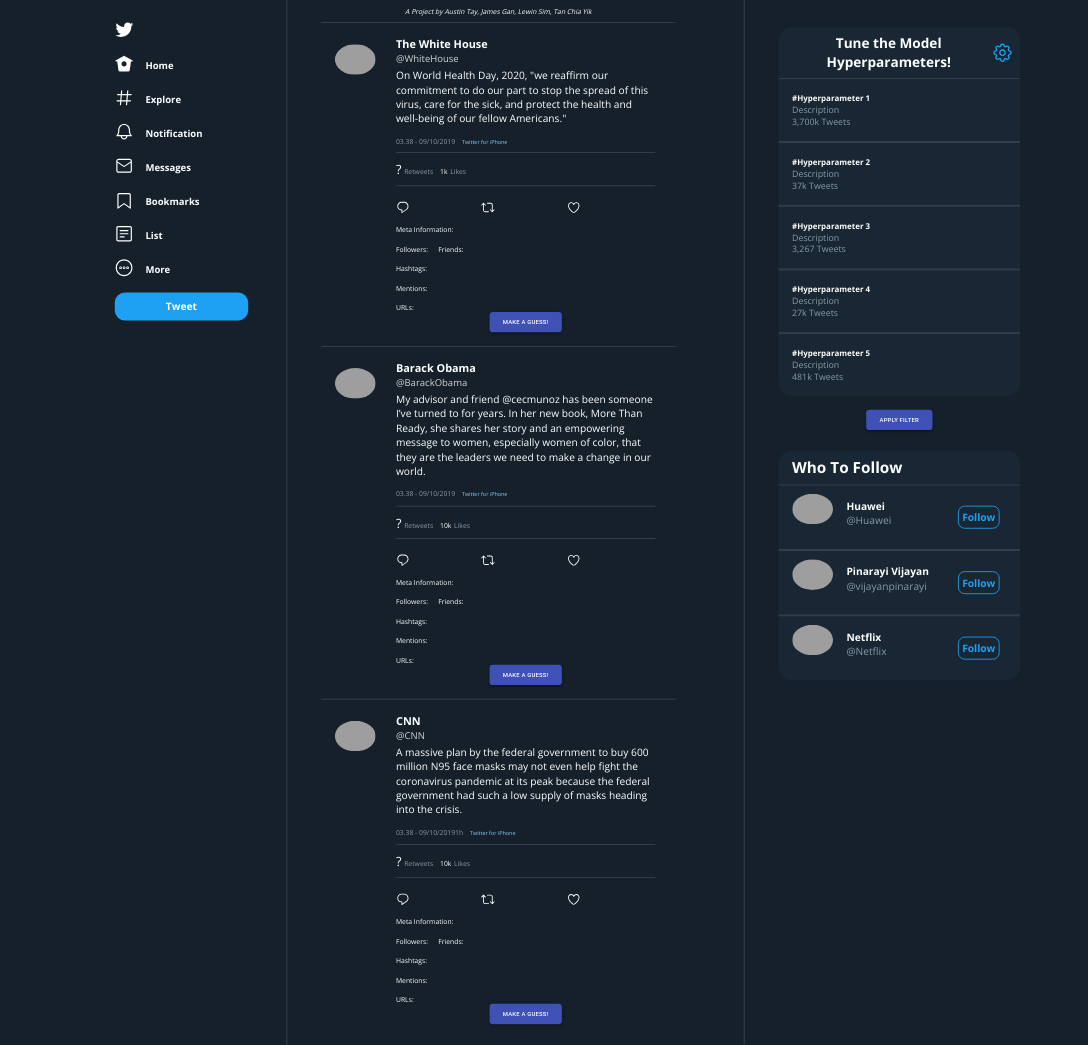
Repository: Dustyik/TwitterAIproj
Page: / (app in FrontEnd/)
The author's editor kept a copy of each file at every save. The page is drawn from the files as they stood at one save, then again after the next save.
The browser window is 1280 px wide. The pictures show the whole page, at 85% of full size.
Pictures or frames that could not be fetched are drawn as grey boxes. The page's requests for data from a server got no answer. The project was rebuilt for these pictures with package versions that can differ from the ones it lists, and the page was loaded fresh each time. No one was signed in, and anything a server would have sent is missing. Also part of the build but not shown: FrontEnd/src/components/StatusCard.js, FrontEnd/src/pages/Status.js, FrontEnd/src/components/profile/ProfileHead.js, FrontEnd/src/components/profile/ProfileDetails.js, FrontEnd/src/styles/Profile.css, FrontEnd/src/pages/Profile.js.

Above is the page before, as saved 2021-08-08 02:47:28.

### FrontEnd/public/index.html
<!DOCTYPE html>
<html lang="en">

<head>
  <meta charset="utf-8" />
  <link rel="icon" href="%PUBLIC_URL%/favicon.ico" />
  <meta name="viewport" content="width=device-width, initial-scale=1" />
  <meta name="theme-color" content="#000000" />
  <meta name="description" content="Web site created using create-react-app" />
  <link rel="apple-touch-icon" href="%PUBLIC_URL%/logo192.png" />
  <link href="https://fonts.googleapis.com/css2?family=Open+Sans:wght@400;700&display=swap" rel="stylesheet">
  <!--
      manifest.json provides metadata used when your web app is installed on a
      user's mobile device or desktop. See https://developers.google.com/web/fundamentals/web-app-manifest/
    -->
  <link rel="manifest" href="%PUBLIC_URL%/manifest.json" />
  <!--
      Notice the use of %PUBLIC_URL% in the tags above.
      It will be replaced with the URL of the `public` folder during the build.
      Only files inside the `public` folder can be referenced from the HTML.

      Unlike "/favicon.ico" or "favicon.ico", "%PUBLIC_URL%/favicon.ico" will
      work correctly both with client-side routing and a non-root public URL.
      Learn how to configure a non-root public URL by running `npm run build`.
    -->
  <title>React App</title>
</head>

<body>
  <noscript>You need to enable JavaScript to run this app.</noscript>
  <div id="root"></div>
  <!--
      This HTML file is a template.
      If you open it directly in the browser, you will see an empty page.

      You can add webfonts, meta tags, or analytics to this file.
      The build step will place the bundled scripts into the <body> tag.

      To begin the development, run `npm start` or `yarn start`.
      To create a production bundle, use `npm run build` or `yarn build`.
    -->
</body>

</html>

### FrontEnd/src/App.css
:root {
    --body-bg        : rgb(21, 32, 43);
    --sky-blue       : rgba(29, 161, 242, 1.00);
    --light          : rgba(255, 255, 2555);
    --grey           : rgb(136, 153, 166);
    --border         : rgb(56, 68, 77);
    --thick-border   : rgb(37, 51, 65);
    --thick-border   : rgb(37, 51, 65);
    --card-background: rgb(25, 39, 52);
}

body {
    background-color: var(--body-bg);
    font-family     : 'Open Sans', sans-serif;
    padding         : 0;
    margin          : 0;
    color           : var(--light);
}

html {
    font-size: 8px;
}

::-webkit-input-placeholder {
    /* Chrome/Opera/Safari */
    font-size  : 2.5rem;
    color      : #9197a3;
    font-weight: 400;
}

::-moz-placeholder {
    /* Firefox 19+ */
    font-size  : 2.5rem;
    color      : #9197a3;
    font-weight: 400;
}

:-ms-input-placeholder {
    /* IE 10+ */
    font-size  : 2.5rem;
    color      : #9197a3;
    font-weight: 400;
}

:-moz-placeholder {
    /* Firefox 18- */
    font-size  : 2.5rem;
    color      : #9197a3;
    font-weight: 400;
}

.App {
    display              : grid;
    grid-template-columns: 2.5fr 4fr 3fr;
}

.side-nav {
    padding-left: 40%;
    padding-top : 3rem;
}

.side-nav svg {
    fill : var(--light);
    width: 2.75rem;
}

.side-nav svg:hover {
    fill: var(--sky-blue);
}

.side-nav-item {
    padding: 1rem 0;

}

.side-nav .side-nav-item .side-nav-text {
    font-size     : 1.4rem;
    font-weight   : 600;
    color         : var(--light);
    padding-left  : 1.8rem;
    vertical-align: center;
}

.side-nav-item-holder{
    width: rem;
}

.avatar {
    display: inline;
}

.avatar img {
    border-radius: 50%;
}


/* helper classes */
.p-0 {
    padding: 0
}


.pl-0 {
    padding-left: 0
}

.p-1 {
    padding: 1rem;
}

.p-2 {
    padding: 2rem
}

.pr-0 {
    padding-right: 0
}

.pb-1 {
    padding-bottom: 1rem;
}

.m-0 {
    margin: 0
}

.mb-0 {
    margin-bottom: 0;
}

.text-center {
    text-align: center;
}

.w-100 {
    width: 100%;
}

.pl-1 {
    padding-left: 1rem;
}

.pr-1 {
    padding-right: 1rem;
}

ul {
    list-style: none;
}

.flex-align-center {
    display    : flex;
    align-items: center;
}

.flex-space-between {
    display        : flex;
    justify-content: space-between;
}

.inline-block {
    display: inline-block;

}


.btn {
    color      : var(--light);
    font-weight: 700;
    cursor     : pointer;
    border     : none;
    background : transparent;
}

.tweet-btn {
    border-radius   : 1.5rem;
    font-size       : 1.5rem;
    padding         : 1rem;
    background-color: var(--sky-blue);
    width           : 70%;
}

.follow-btn {
    border-radius: 1rem;
    font-size    : 1.5rem;
    padding      : 0.5rem;
    font-weight  : bold;
    color        : var(--sky-blue);
    border       : 1px solid var(--sky-blue);
}

.pointer {
    cursor: pointer;
}

.bold-dull-para {
    font-size: 1.75rem;
    color    : var(--grey);
}

a {
    text-decoration: none;
    color          : inherit;
}

h1 {
    font-size  : 2.25rem;
    font-weight: 700;
    color      : var(--light);
}

h2 {
    font-size  : 2rem;
    font-weight: 700;
    color      : var(--light);
}

input:focus {
    outline: none;
}

### FrontEnd/src/components/trending/Trending.js
import React from 'react';
import '../../styles/Trending.css';
import { SearchIcon } from '../../images/svg/svgs'
import { TrendsList } from './TrendsList';
import { FollowSuggestionsList } from './FollowSuggestionsList';
import { Button } from '@material-ui/core';



export const Trending = () => {
    return (
        <>
            <div>

                <div className="trends-list m-0">

                <TrendsList />

                </div>
                <div
                style = {{
                    marginTop:"2rem",
                    display: "flex",
                    justifyContent: "center",
                    alignItems: "center"
                }}
            >


            <Button
                variant="contained" color="primary">
                Apply Filter
            </Button>
            </div>

                <div className="follow-list">
                    <FollowSuggestionsList />
                </div>


            </div>
        </>
    )
}

### FrontEnd/src/utils/ScrollToTop.js
import React, { useEffect, Fragment } from 'react';
import { withRouter } from 'react-router-dom';

function ScrollToTop({ history, children }) {
    useEffect(() => {
        const unlisten = history.listen(() => {
            window.scrollTo(0, 0);
        });
        return () => {
            unlisten();
        }
    }, []);

    return <Fragment>{children}</Fragment>;
}

export default withRouter(ScrollToTop);

### FrontEnd/src/images/avatars.js
import React from 'react'

export const SmallAvatar = ({ width, image }) => {
    return (
        <div className="avatar">
            <img width={width} src={image} alt="avatar" />
        </div>
    )
}

### FrontEnd/src/apifunctions.js
import axios from 'axios';

export const getTweets = () => {
    return axios.get("http://localhost:5000/getTweets")
}

export const applySearchFilters = (data, title, id) => {
    return axios.post("http://localhost:5000/applySearchModels", {
            data: data,
            queryTitle: title,
            articleId: id

        }
    )
}

### FrontEnd/src/styles/Main.css
/* main styles */
.main {
    border-left : 1px solid var(--border);
    border-right: 1px solid var(--border);
    ;
}

.home {
    padding-left : 2.5rem;
    border-bottom: 1px solid var(--border);
}

.new-tweet {
    padding              : 1rem;
    display              : grid;
    grid-template-columns: 1fr 9fr;
    border-bottom        : 1rem solid var(--thick-border);
}

.new-tweet .left,
.right {
    padding: 0 1rem;
}

.new-tweet input {
    padding    : 2rem 0;
    background : transparent;
    border     : none;
    color      : var(--light);
    font-size  : 2rem;
    font-weight: 700;
}

.new-tweet-options {
    padding-right  : 1rem;
    display        : flex;
    justify-content: space-between;
    align-items    : center;
}

.new-tweet .add-icons {
    margin-right: 1rem;
}

.new-tweet .add-icons svg {
    width  : 3rem;
    fill   : var(--sky-blue);
    padding: 1rem;
}

.new-tweet .add-icons svg:first-child {
    padding-left: 0;
}

### FrontEnd/src/components/TweetList.js
import React, { useContext } from 'react'
import TweetCard from './TweetCard'
import { GlobalContext } from '../context/GlobalState'

export const TweetList = () => {
    const { tweets } = useContext(GlobalContext);
    return (
        <>
            {tweets.map((tweet, index) => (<TweetCard key={index} tweet={tweet}/>))}
        </>
    )
}

### FrontEnd/src/styles/Trending.css
.trending {
    padding: 1rem 10rem 1rem 5rem;
}

.trending .search-box {
    width     : 100%;
    background: transparent;

    background-color: var(--thick-border);
    border-radius   : 5rem;
    border          : none;
}

.trending .search-box svg {
    width       : 3rem;
    fill        : var(--grey);
    padding-left: 1rem;

}

.trending .search-box input {
    padding   : 1.5rem;
    font-size : 2rem;
    width     : 100%;
    background: transparent;
    border    : none;
    color     : var(--light);
}

.trends-list {
    background-color: var(--card-background);
    border-radius   : 2rem;
    margin-top      : 3rem;
}

.trends-list h1 {
    padding: 1rem 2rem;

}

.trends-for-you {
    padding: 1rem;
    text-align: center;
    vertical-align: middle;
}

.trends-for-you svg {
    width: 3.5rem;
    fill : var(--sky-blue);
}

.trends-card {
    border-top   : 1px solid var(--border);
    border-bottom: 1px solid var(--border);
    padding      : 2rem;
}

.trends :last-child {
    border-bottom: none;
}

.trends-topic {
    font-size: 1.3rem;
    color    : var(--grey);
}

.trend-tweet-count {
    font-size: 1.3rem;
    color    : var(--grey);
}



.trending ::-webkit-input-placeholder {
    /* Chrome/Opera/Safari */
    font-size  : 2rem;
    color      : #9197a3;
    font-weight: 400;
}

.trending ::-moz-placeholder {
    /* Firefox 19+ */
    font-size  : 2rem;
    color      : #9197a3;
    font-weight: 400;
}

.trending :-ms-input-placeholder {
    /* IE 10+ */
    font-size  : 2rem;
    color      : #9197a3;
    font-weight: 400;
}

.trending :-moz-placeholder {
    /* Firefox 18- */
    font-size  : 2rem;
    color      : #9197a3;
    font-weight: 400;
}

### FrontEnd/src/components/trending/FollowSuggestionsList.js
import React from 'react'
import { FollowSuggestionCard } from './FollowSuggestionCard';
import '../../styles/FollowList.css';

export const FollowSuggestionsList = () => {
    const whoToFollowList = [
        {
            name: 'Huawei',
            handle: '@Huawei',
            image: 'https://pbs.twimg.com/profile_images/1246467440977932292/Wmlicr4o_bigger.jpg'
        },
        {
            name: 'Pinarayi Vijayan',
            handle: '@vijayanpinarayi',
            image: 'https://pbs.twimg.com/profile_images/1179639807506407424/l9apSa2h_bigger.jpg'
        }, {
            name: 'Netflix',
            handle: '@Netflix',
            image: 'https://pbs.twimg.com/profile_images/1072124554808422401/s8K84jEW_bigger.jpg'
        }
    ]
    return (

        <>
            <div className="flex-space-between">
                <h1 className="m-0">Who To Follow</h1>

            </div>
            <div className="follow-cards">
                {whoToFollowList.map(whoToFollow => (<FollowSuggestionCard whoToFollow={whoToFollow} />))}

            </div>
        </>

    )
}

### FrontEnd/src/components/TweetCard.js
import React, { Component } from 'react';
import '../styles/TweetCard.css';
import { SmallAvatar } from '../images/avatars'
import { TweetCommentIcon, TweetRetweetIcon, TweetLikeIcon, TweetSendIcon } from '../images/svg/svgs';
import { Link } from 'react-router-dom';
import {Button} from "@material-ui/core";

export default class TweetCard extends Component {
    tweet = this.props.tweet;
    profImageurl = 'https://pbs.twimg.com/profile_images/1247964769669136385/KVCROk2D_bigger.jpg';

    handleRouting = (e) => {
        // e.preventDefault();
        // debugger
        // this.props.history.push('data')
    }


    render() {
        return (
            <div className="tweet-card">
                <div className="left">
                    <SmallAvatar width="48" image={this.tweet.user.image} />
                </div>
                <div className="right">
                    <div className="tweet-card-head">
                        <span className="tweet-card-name" >{this.tweet.user.name}</span>
                    </div>
                    <span className="tweet-card-handle">{this.tweet.user.handle}</span>

                    <div className="tweet-card-body">
                    <div className="tweet-card-content">
                        <p className="m-0">{this.tweet.tweet.content}</p>
                    </div>

                    <span className="tweet-card-time">
                        03.38 - 09/10/2019{this.tweet.tweet.time}
                        <span className="tweet-card-shotoniphone">
                            Twitter for iPhone
                        </span>
                    </span>

                    <div className="tweet-middle-border"/>
                    <span className="tweet-retweets-likes-number"
                    style = {{
                        fontSize:15,
                        marginLeft:0}}>
                        ?
                    </span>
                    <span className="tweet-retweets-likes">
                        Retweets
                    </span>
                    <span className="tweet-retweets-likes-number">
                        {this.tweet.tweet.likes}
                    </span>


                    <span className="tweet-retweets-likes">
                            Likes
                    </span>

                    <div className="tweet-middle-border"/>





                    <div className="tweet-card-footer">
                        <span className="flex-align-center"><TweetCommentIcon /> <span className="tweet-cars-icon"></span></span>
                        <span className="flex-align-center"><TweetRetweetIcon /><span className="tweet-cars-icon"></span></span>
                        <span className="flex-align-center"><TweetLikeIcon /><span className="tweet-cars-icon"></span></span>
                        { /*<span className="flex-align-center"><TweetSendIcon /></span> */}
                        </div>
                    </div>

                    <div>
                        <div className="tweet-meta-information">
                            <span>Meta Information:</span>
                        </div>
                        <div className="tweet-meta-information">
                            <span
                            className="tweet-meta-information-inner"
                            >Followers: {this.tweet.followers}</span>

                            <span className="tweet-meta-information-inner" style = {{marginLeft:10}}>Friends: {this.tweet.friends}</span>
                        </div>
                        <div className="tweet-meta-information">
                            <span className="tweet-meta-information-inner" >Hashtags: {this.tweet.hashtags}</span>
                        </div>
                        <div className="tweet-meta-information">
                            <span className="tweet-meta-information-inner" >Mentions: {this.tweet.mentions}</span>
                        </div>
                        <div className="tweet-meta-information">
                            <span className="tweet-meta-information-inner" >URLs: {this.tweet.urls}</span>
                        </div>

                    </div>
                    <div style = {{display:"flex", justifyContent:"center", marginTop:"20"}}>
                    <Button
                        variant="contained" color="primary">
                        Make a guess!
                        </Button>
                    </div>
                </div>
            </div>
        )
    }
}

### FrontEnd/src/components/trending/Trend.js
import React from 'react'

export const Trend = ({ trend }) => {
    return (
        <div className="trends-card">
            <h3 className="m-0">{trend.name}</h3>
            <p className="trends-topic m-0">{trend.topic}</p>
            <p className="trend-tweet-count m-0">{trend.tweets} Tweets</p>
        </div>
    )
}

### FrontEnd/src/components/trending/FollowSuggestionCard.js
import React from 'react';
import { SmallAvatar } from '../../images/avatars';

export const FollowSuggestionCard = ({ whoToFollow }) => {
    return (
        // <div className="follow-card">
        //     <p className="trends-topic m-0">{follow.topic}</p>
        //     <h2 className="m-0">{follow.name}</h2>
        //     <p className="trend-tweet-count m-0">{follow.tweets}</p>
        // </div>
        <div className="who-to-follow">
            <div className="left" style = {{marginTop:2}}>
                <SmallAvatar width="48" image={whoToFollow.image} />
            </div>
            <div className="middle">
                <span className="follow-card-name">{whoToFollow.name}</span>
                <span className="follow-card-handle">{whoToFollow.handle}</span>
            </div>
            <div className="right">
                <div className="btn follow-btn text-center">
                    Follow
                </div>
            </div>
        </div>
    )
}

### FrontEnd/src/styles/FollowList.css
.follow-list {
    background-color: var(--card-background);
    border-radius   : 2rem;
    margin-top      : 3rem;
}

.follow-list h1 {
    padding: 1rem 2rem;
}

.who-to-follow:last-child {
    border-bottom: none;
}

.who-to-follow {
    display              : grid;
    grid-gap             : 1rem;
    padding              : 1rem 2rem;
    grid-template-columns: 1fr 3fr 2fr;
    border-top           : 1px solid var(--border);
    border-bottom        : 1px solid var(--border);
    padding              : 1rem;
}

.who-to-follow .middle {
    display       : flex;
    flex-direction: column;
}

.who-to-follow .middle .follow-card-name {
    font-size    : 1.5rem;
    font-weight  : 700;
    padding-top: 1rem;
    padding-right: 1rem;
}

.who-to-follow .middle .follow-card-handle {
    font-size: 1.5rem;
    color    : var(--grey);
}

### FrontEnd/src/styles/StatusCard.css

.status-card {
    /* padding              : 1rem;
    display                 : grid;
    grid-template-columns   : 1fr 9fr; */
    border-bottom           : 0.5px solid var(--border);
    border-top              : 0.5px solid var(--border);

}

.status-card .left,
.right {
    padding: 2rem;
}

.status-card .left {
    display    : flex;
    align-items: center;

}

.status-card .right {
    padding-top: 0;
}

.status-card .status-card-name {
    font-size    : 2rem;
    font-weight  : 700;
    padding-right: 1rem;
}

.status-card .status-card-handle,
.status-card-time {
    font-size: 1.5rem;
    color    : var(--grey);
}

.status-card .status-card-body .status-card-content p {
    font-size : 2.5rem;
    margin-top: .5rem;
}

.status-card .status-card-body .status-card-image {
    margin-top: 2rem;
}

.status-card .status-card-body .status-card-image img {
    width        : 100%;
    border-radius: 20px;
}

.status-card .status-card-footer {
    padding-right: 10rem;
    display      : flex;

    justify-content: space-around;
    padding-top    : 1rem;
    width          : 100%;
}

.status-card .status-card-footer svg {
    fill : var(--grey);
    width: 2.5rem;
}

.status-card .status-card-footer .tweet-cars-icon {
    line-height : 2;
    font-size   : 1.5rem;
    color       : var(--grey);
    padding-left: 1rem;
}

.status {
    display    : flex;
    align-items: center;
    padding    : 0 2rem;
    display    : flex;
    align-items: center;
}

.status h1 {
    display     : inline-block;
    padding-left: 1rem;
}

.status svg {
    width: 4rem;
    fill : var(--sky-blue);
}

### FrontEnd/src/styles/TweetCard.css


.tweet-card {
    padding              : 1rem;
    display              : grid;
    grid-template-columns: 1fr 9fr;
    border-top           : 0.5px solid var(--border);

}
.tweet-middle-border {
    margin-top              : 1.1rem;
    margin-bottom             : 1.1rem;
    border-top           : 0.1rem solid var(--border);
}

.left{
    padding: 0 1rem;
    margin-top: 25px;
}

.tweet-card-shotoniphone{
    margin-left: 1rem;
    font-size: 0.8rem;
    color    : lightskyblue;
}

.tweet-card-time{
    display:inline-block;
    padding-top: 1.5rem;
    font-size: 1rem;
    color    : var(--grey);
}

.tweet-meta-information{
    padding-top: 1.5rem;

}

.tweet-meta-information-inner{
    font-style:"italic",

}

.tweet-retweets-likes {
    margin-left: 0.4rem;
    display:inline-block;
    font-size: 1rem;
    color    : var(--grey);
}

.tweet-retweets-likes-number {
    margin-left: 1rem;
    display:inline-block;
    font-size: rem;
    color    : var(white);
}

.tweet-card, .right {
    padding: 0 1rem;
    margin-top: px;
}

.tweet-card .tweet-card-head .tweet-card-name {
    font-size    : 1.6rem;
    padding-right: 1rem;
    font-weight: bold;
}

.tweet-card .tweet-card-head .tweet-card-name:hover {
    text-decoration: underline;
}

.tweet-card-handle {
    font-size    : 1.4rem;
    padding-right: 1rem;
    font-weight: lighter;
    color: lightgray;
}

.tweet-card .tweet-card-body .tweet-card-content p {
    font-size : 1.5rem;
    margin-top: .5rem;
}

.tweet-card .tweet-card-body .tweet-card-image {
    margin-top: 2rem;
}

.tweet-card .tweet-card-body .tweet-card-image img {
    width        : 100%;
    border-radius: 20px;
}

.tweet-card .tweet-card-footer {
    padding-right  : 10rem;
    display        : flex;
    justify-content: space-between;
    padding-top    : 1rem;
}

.tweet-card .tweet-card-footer svg {
    fill : white;
    width: 2rem;
}

.tweet-card .tweet-card-footer .tweet-cars-icon {
    line-height : 2;
    font-size   : 1.5REM;
    color       : var(--grey);
    padding-left: 1rem;
}

Loaded but not shown: FrontEnd/src/index.js (common file); FrontEnd/src/images/svg/svgs.js (66 lines, source omitted); FrontEnd/src/components/Sidebar.js (142 lines, source omitted); FrontEnd/src/pages/Home.js (122 lines, source omitted); FrontEnd/src/context/GlobalState.js (123 lines, source omitted); FrontEnd/src/context/AppReducer.js (60 lines, source omitted); FrontEnd/src/components/trending/TrendsList.js (42 lines, source omitted); FrontEnd/src/App.js (44 lines, source omitted)

After the next save:
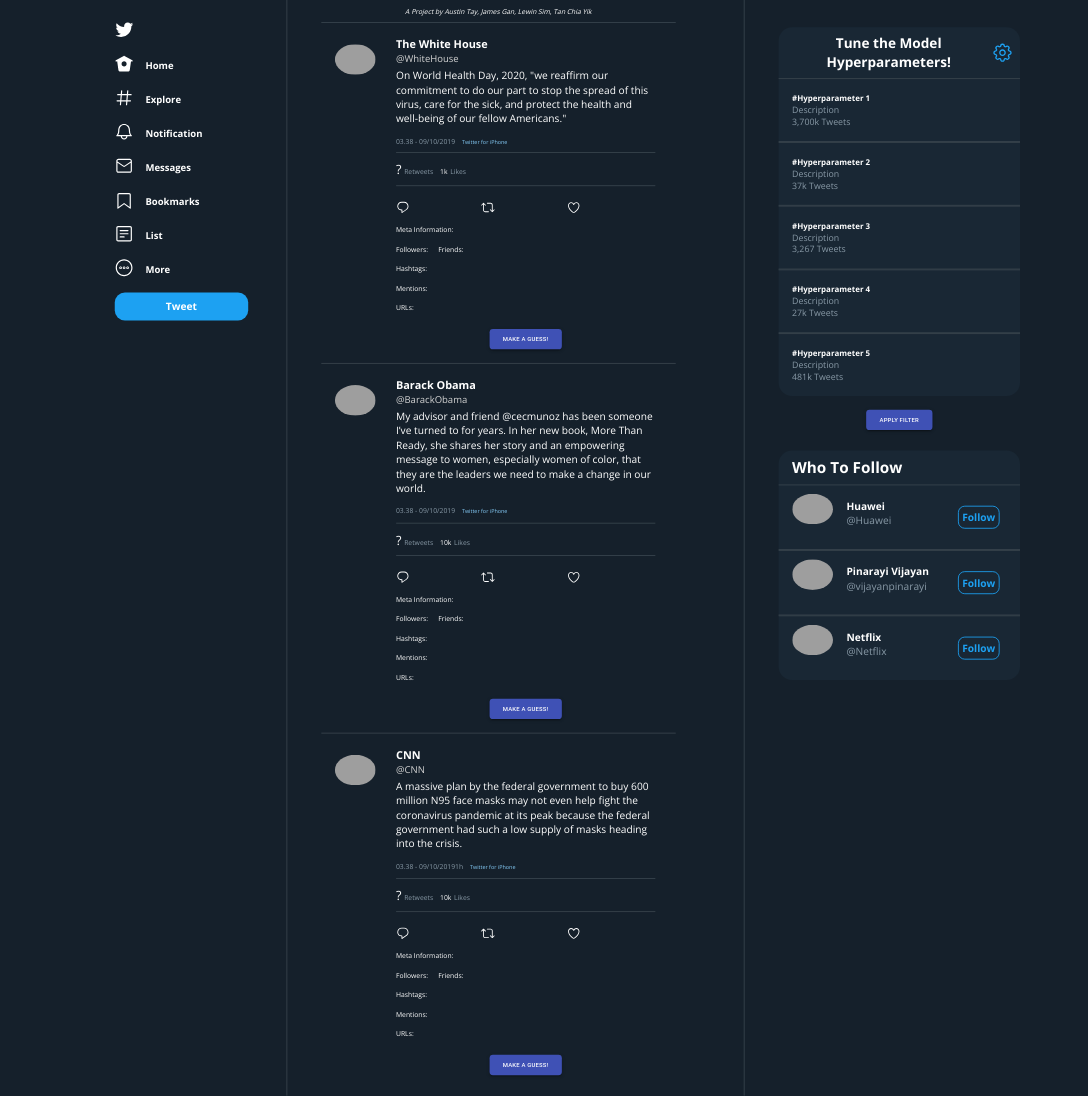
Saved 8 s later.
--- a/FrontEnd/src/components/TweetCard.js
+++ b/FrontEnd/src/components/TweetCard.js
@@ -95,7 +95,7 @@
                         </div>
 
                     </div>
-                    <div style = {{display:"flex", justifyContent:"center", marginTop:"20"}}>
+                    <div style = {{display:"flex", justifyContent:"center", marginTop:20}}>
                     <Button
                         variant="contained" color="primary">
                         Make a guess!
